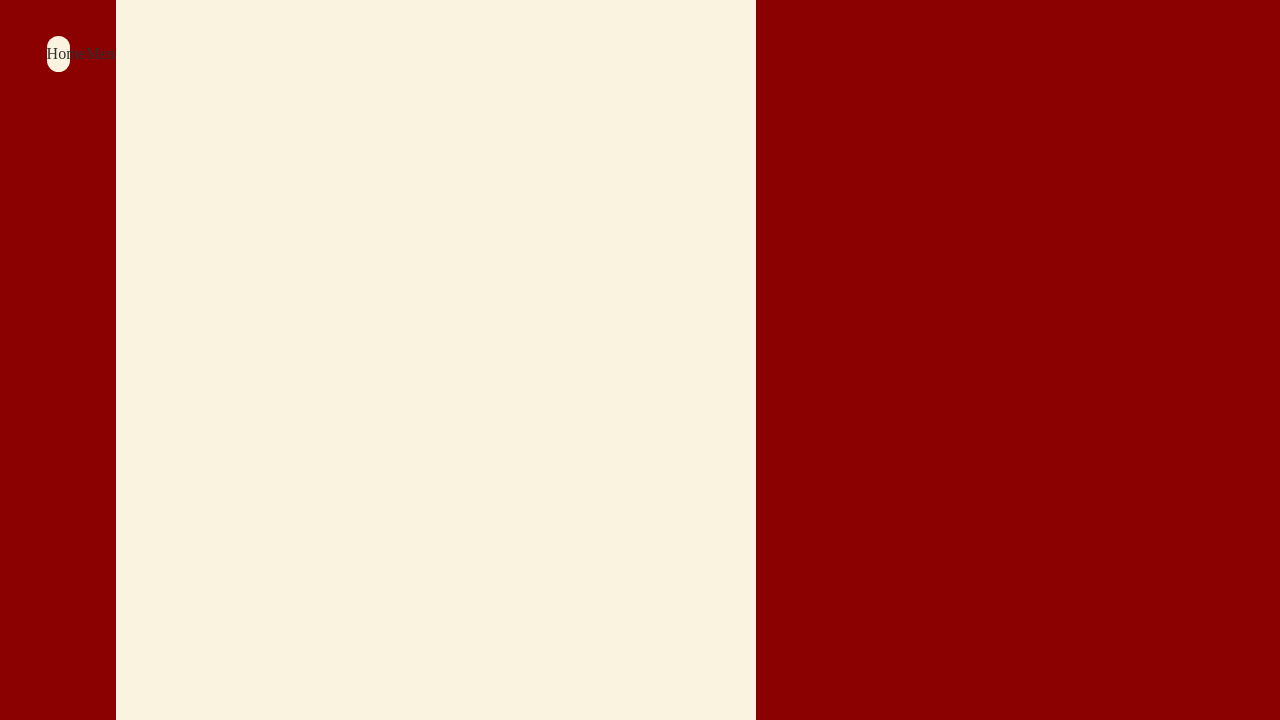
Repository: Dimitris2031/Restaurant-Front-page
Page: / (app in webpack-practice/)
The author's editor kept a copy of each file at every save. The page is drawn from the files as they stood at one save, then again after a run of saves.
The browser window is 1280 px wide. The pictures show the whole page.
The project was rebuilt for these pictures with package versions that can differ from the ones it lists, and the page was loaded fresh each time. Also part of the build but not shown: webpack-practice/webpack.config.js.

Above is the page before, as saved 2025-09-10 10:42:12.

After the next 3 saves:
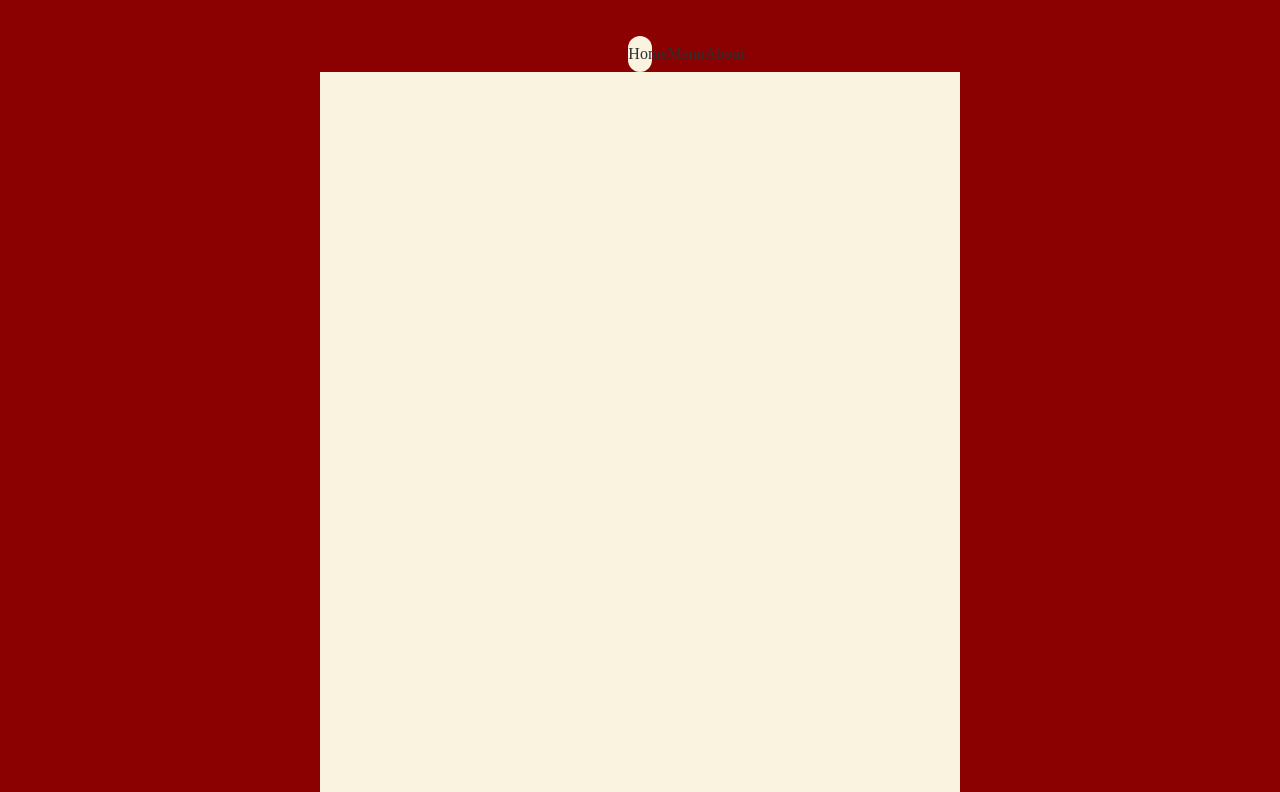
The 3 saves are shown as one change because they came seconds apart.
The last was saved 10 s later.
--- a/webpack-practice/src/styles.css
+++ b/webpack-practice/src/styles.css
@@ -8,6 +8,8 @@
 body {
   background-color: #8B0000;
   display: flex;
+  flex-direction: column;
+  align-items: center;
 }
 
 header{
